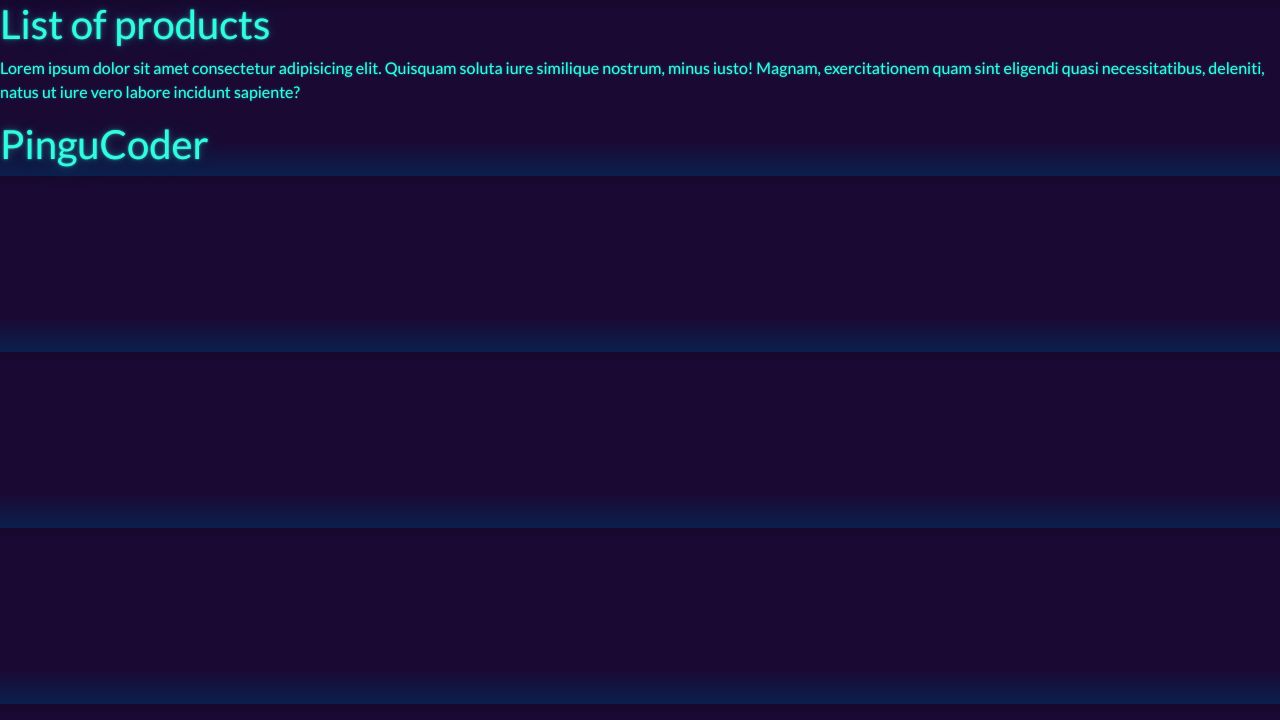
Repository: chanwarichawki/React-BC
Page: /
An editor plug-in stored every save of this project. The page is shown before and after a run of saves, followed by the edit.
The browser window is 1280 px wide. The pictures show the whole page.
Some web libraries are served in a nearby version. The project was rebuilt for these pictures with package versions that can differ from the ones it lists, and the page was loaded fresh each time. Also part of the build but not shown: vite.config.js.

Above is the page before, as saved 2024-01-15 13:32:39.

After the next 2 saves:
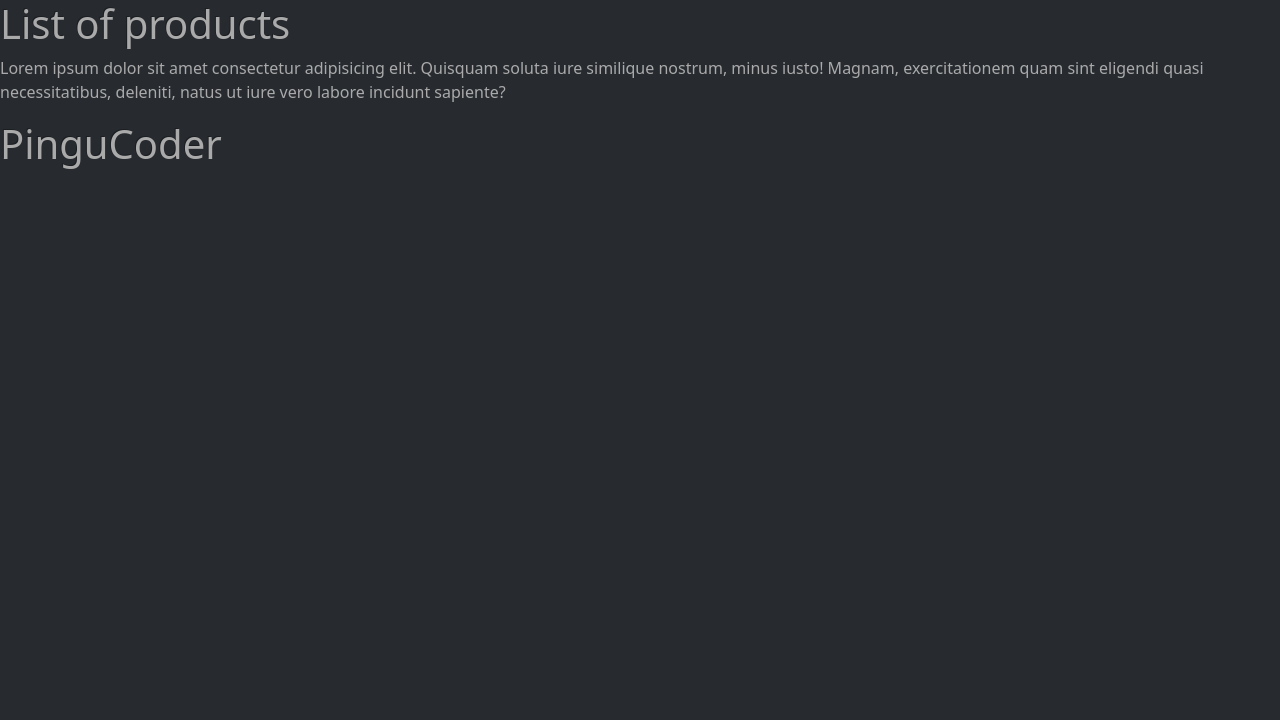
The 2 saves are shown as one change because they came seconds apart.
The last was saved 98 s later.
--- a/src/index.css
+++ b/src/index.css
@@ -1 +1 @@
-@import "/node_modules/bootswatch/dist/vapor/bootstrap.min.css"
+@import "/node_modules/bootswatch/dist/slate/bootstrap.min.css"
